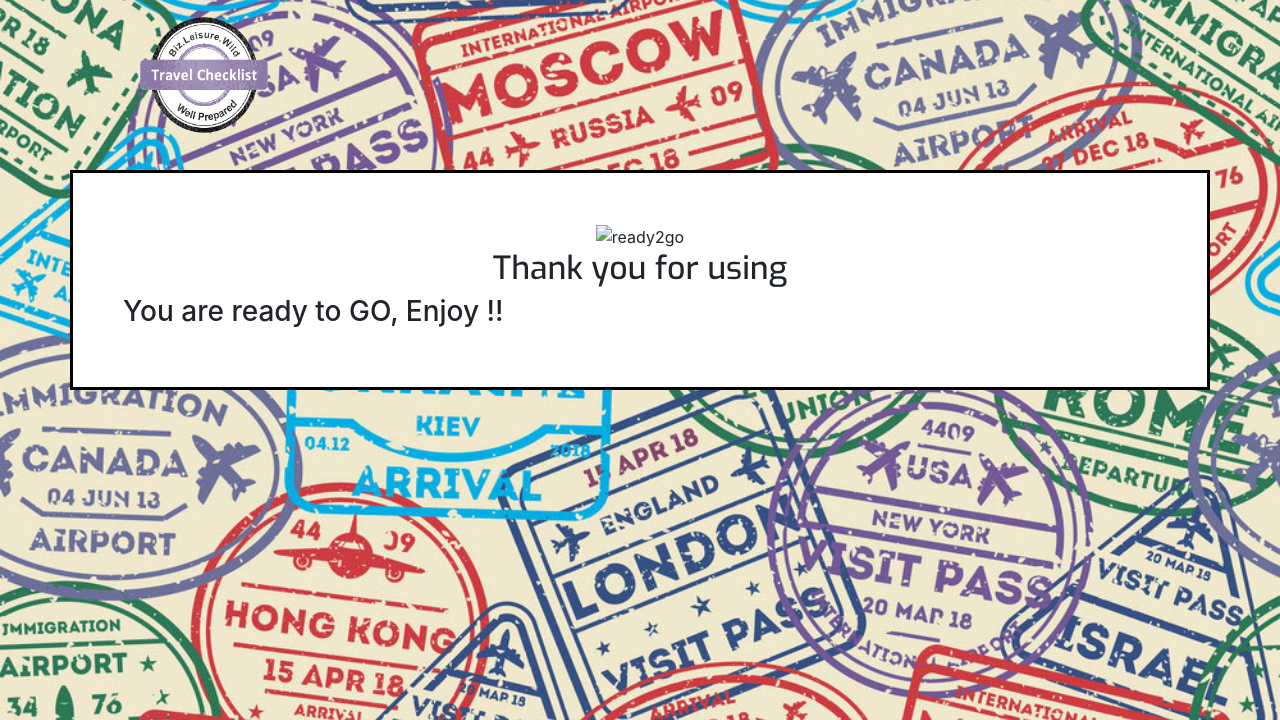
Repository: Code-Institute-Submissions/travelChecklist
Page: donepage.html
The author's editor kept a record of every edit. The page is drawn from the files as they stood at one moment, then again after the next edit.
The browser window is 1280 px wide. The pictures show the whole page.
An inner scrolling area shows only its first screen.

Above is the page before.

After the next edit:
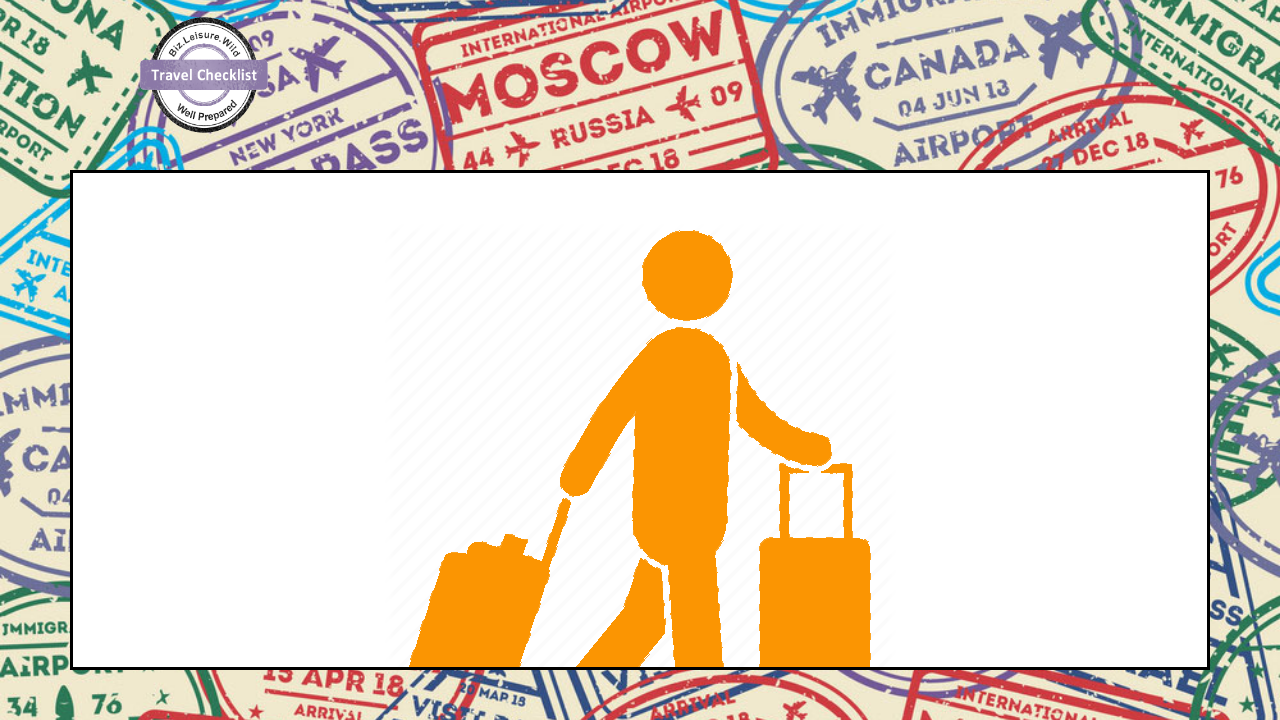
The edit:
--- a/donepage.html
+++ b/donepage.html
@@ -25,8 +25,8 @@
 
             <div class="container">
                 <center>
-        <img scr="asset/images/ready2go.png" alt="ready2go" class="ready2go">
-        </center>
+        <div class="row">
+        <a href="index.html" class="col"><img src="asset/images/ready2go.png" alt="ready2go" class="ready2go"/></a></div>
         <h2>Thank you for using</h2>
         <h3>You are ready to GO, Enjoy !!</h3>
 
